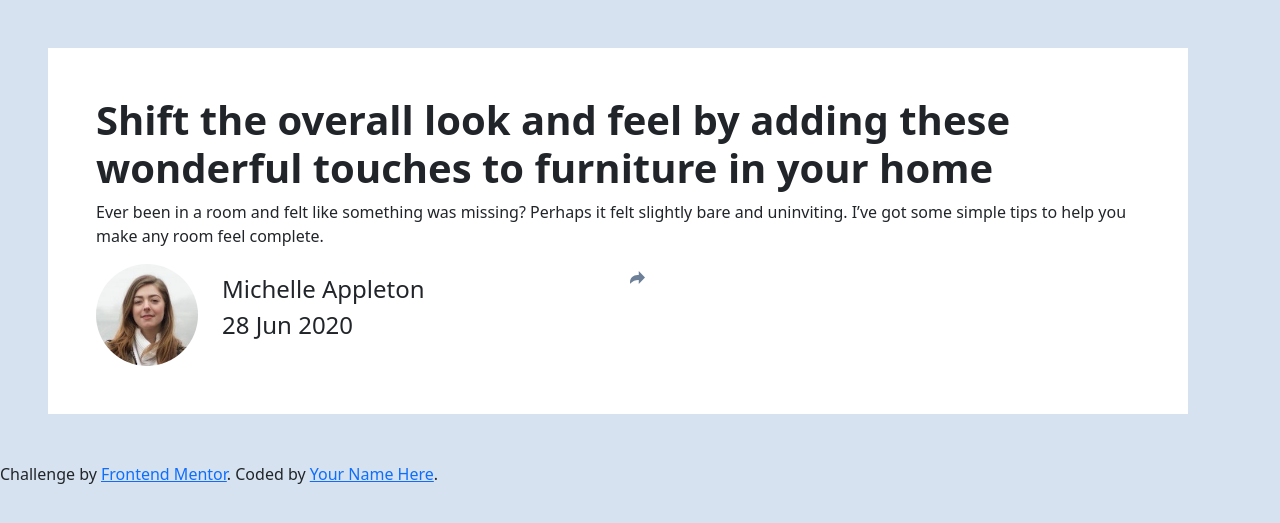
Repository: blordeus/article-preview-component
Page: index.html
The author's editor kept a copy of each file at every save. The page is drawn from the files as they stood at one save, then again after a run of saves.
The browser window is 1280 px wide. The pictures show the whole page.

Above is the page before, as saved 2024-05-17 10:43:52.

After the next 3 saves:
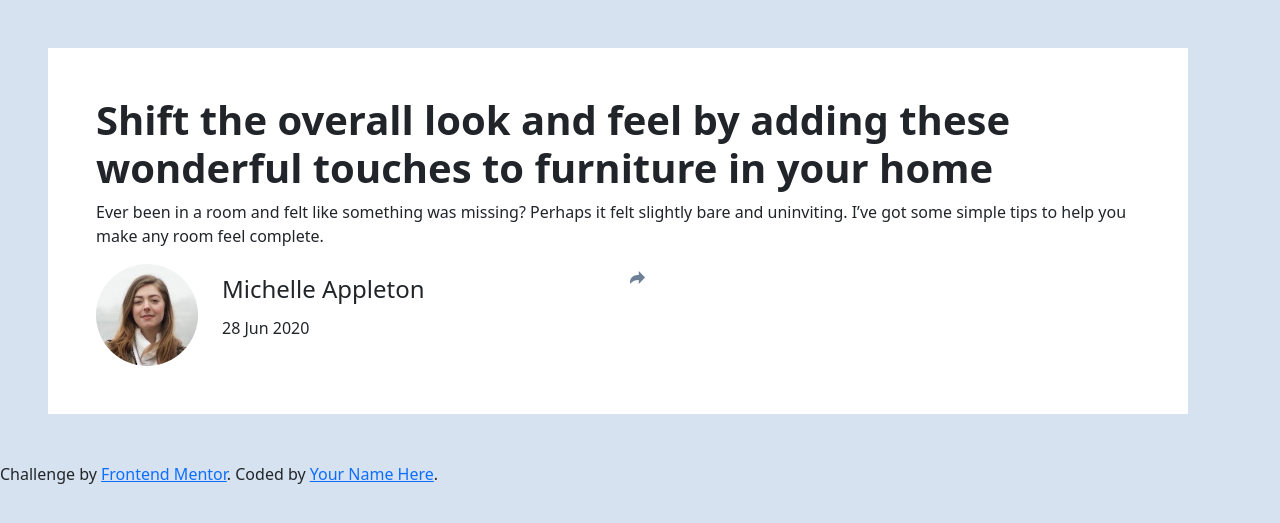
The 3 saves are shown as one change because they came seconds apart.
The last was saved 17 s later.
--- a/index.html
+++ b/index.html
@@ -27,7 +27,7 @@
         <div class="col d-flex">
           <img id="avatar" src="./images/avatar-michelle.jpg" alt="michelle">
             <div class="ms-4 vstack my-auto">
-              <p class="fs-4">Michelle Appleton <br> 28 Jun 2020</p>
+              <p class="fs-4">Michelle Appleton <br> <span class="fs-6">28 Jun 2020</span></p>
             </div>
           </div>
           <div class="col">
